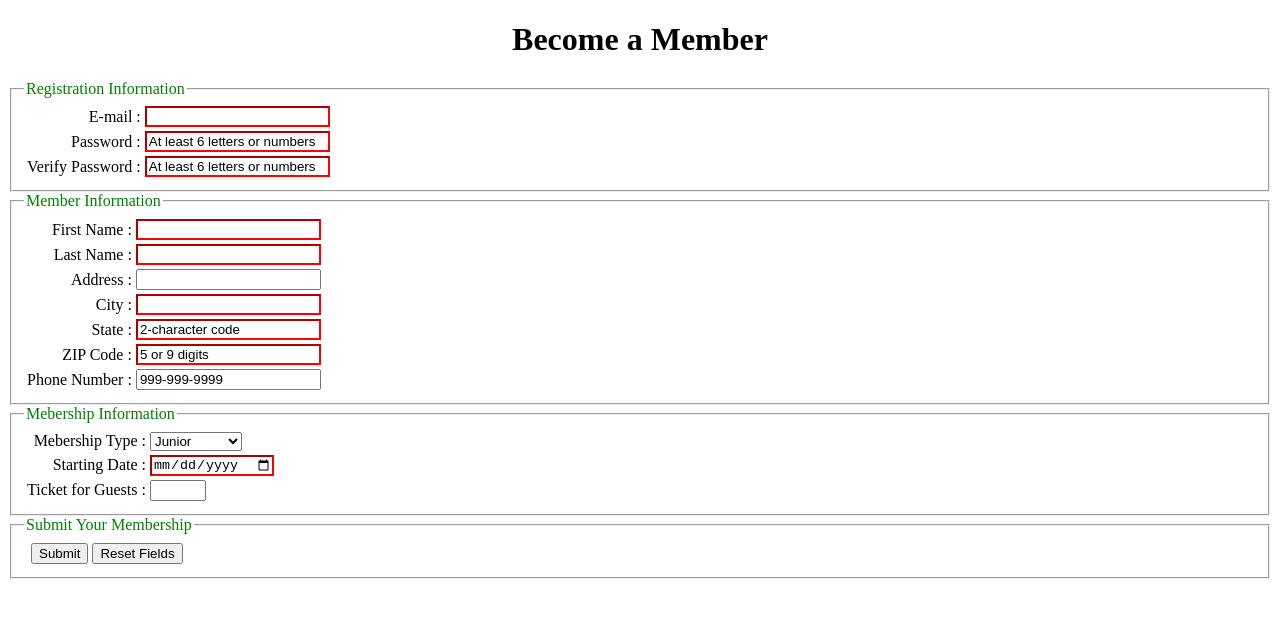
Repository: kjungyoun/Web_Study_2021
Page: homework_front/WebContent/0302/0302.html
These files come from the project's save history. The page is drawn as it stood at one moment and after the next save; the edit follows.
The browser window is 1280 px wide. The pictures show the whole page.

Above is the page before, as saved 2021-03-02 12:22:15.

### homework_front/WebContent/0302/0302.html
<!DOCTYPE html>
<html>
<head>
<meta charset="UTF-8">
<title>Become a Member</title>
<style type="text/css">
	fieldset {
	color: green
}
	table {
	color : black
	}
</style>
</head>
<body>
<header>
	<h1 align="center" style="font-family: fantasy;">
		Become a Member
	</h1>
</header>
<form action="index.html">
	<fieldset>
		<legend>Registration Information</legend>
		<table>
			<tbody>
				<tr>
					<td align="right">
						<label for="userid">E-mail : </label>
					</td>
					<td align="left">
						<input type="email" id="email" name="email" style="border-color: red">
					</td>
				</tr>
				<tr>
					<td align="right">
					<label for="password">Password : </label>
					</td>
					<td align="left">
						<input type="text" id="psw" name="psw" value="At least 6 letters or numbers" style="border-color:red">
					</td>
				</tr>
				<tr>
					<td align="right">
						<label for="vpassword">Verify Password : </label>
					</td>
					<td align="left">
						<input type="text" id="vpwd" name="vpwd" value="At least 6 letters or numbers" style="border-color:red">
					</td>
				</tr>
			</tbody>
		</table>
	</fieldset>
	<fieldset>
		<legend>Member Information</legend>
		<table >
			<tbody>
				<tr>
					<td align="right">
						<label for="fname">First Name : </label>
					</td>
					<td align="left">
						<input type="text" id="fname" name="fname" style="border-color:red">
					</td>
				</tr>
				<tr>
					<td align="right">
					<label for="lname">Last Name : </label>
					</td>
					<td align="left">
						<input type="text" id="lname" name="lname" style="border-color:red">
					</td>
				</tr>
				<tr>
					<td align="right">
						<label for="address">Address : </label>
					</td>
					<td align="left">
						<input type="text" id="addr" name="addr">
					</td>
				</tr>
				<tr>
					<td align="right">
						<label for="city">City : </label>
					</td>
					<td align="left">
						<input type="text" id="city" name="city" style="border-color:red">
					</td>
				</tr>
				<tr>
					<td align="right">
						<label for="state">State : </label>
					</td>
					<td align="left">
						<input type="text" id="state" name="state" value="2-character code" style="border-color:red">
					</td>
				</tr>
				<tr>
					<td align="right">
						<label for="zip">ZIP Code : </label>
					</td>
					<td align="left">
						<input type="text" id="addr" name="addr" value="5 or 9 digits" style="border-color:red">
					</td>
				</tr>
				<tr>
					<td align="right">
						<label for="phone">Phone Number : </label>
					</td>
					<td align="left">
						<input type="tel" id="phone" name="phone" value="999-999-9999">
					</td>
				</tr>
			</tbody>
		</table>
	</fieldset>
	<fieldset>
		<legend>Mebership Information</legend>
		<table>
			<tr>
				<td align="right">
					<label for="type">Mebership Type : </label>
				</td>
				<td align="left">
					<select name="type" >
						<optgroup label="membership" >
							<option>Junior</option>
							<option>Senior</option>
							<option>Semi Pro</option>
							<option>Pro</option>
							<option>VIP</option>
						</optgroup>
					</select>
				</td>
			</tr>
			<tr>
				<td align="right">
					<label for="date">Starting Date : </label>
				</td>
				<td align="left">
					<input type="date" name="date" style="border-color:red">
				</td>
			</tr>
			<tr>
				<td align="right">
					<label for="guest">Ticket for Guests : </label>
				</td>
				<td align="left">
					<input type="number" min="0" max="30" name="guest">
				</td>
			</tr>
		</table>
	</fieldset>
	<fieldset>
		<legend>Submit Your Membership</legend>
		<table>
			<tr>
				<td></td>
				<td>
					<button type="submit">Submit</button>
					<button type="reset">Reset Fields</button>
				</td>
			</tr>
		</table>
	</fieldset>
</form>
</body>
</html>

After the next save:
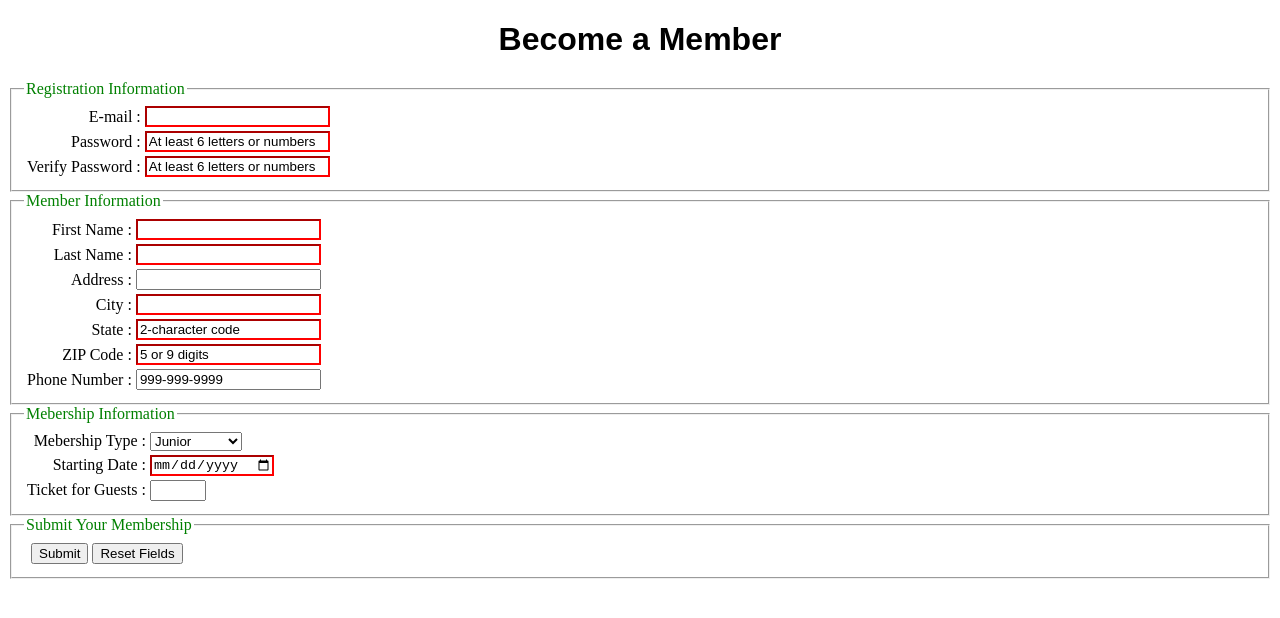
Saved 11 s later.
--- a/homework_front/WebContent/0302/0302.html
+++ b/homework_front/WebContent/0302/0302.html
@@ -14,7 +14,7 @@
 </head>
 <body>
 <header>
-	<h1 align="center" style="font-family: fantasy;">
+	<h1 align="center" style="font-family: sans-serif;">
 		Become a Member
 	</h1>
 </header>

After the save that followed:
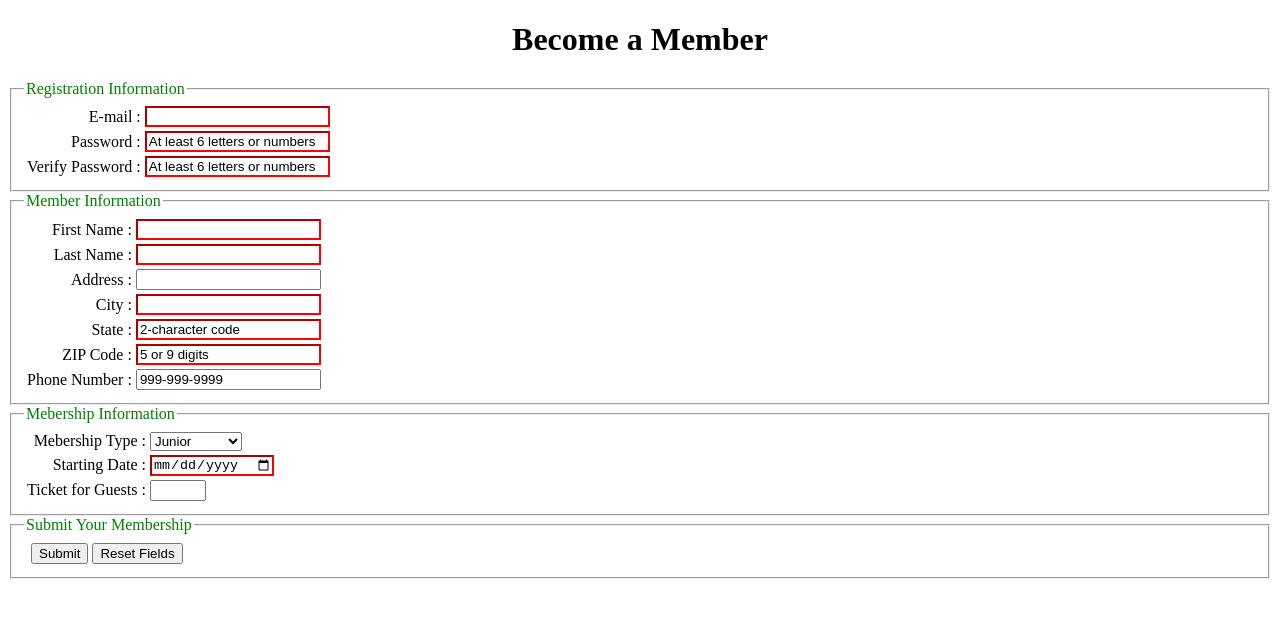
Saved 33 s later.
--- a/homework_front/WebContent/0302/0302.html
+++ b/homework_front/WebContent/0302/0302.html
@@ -14,7 +14,7 @@
 </head>
 <body>
 <header>
-	<h1 align="center" style="font-family: sans-serif;">
+	<h1 align="center" style="font-family:cursive;">
 		Become a Member
 	</h1>
 </header>
